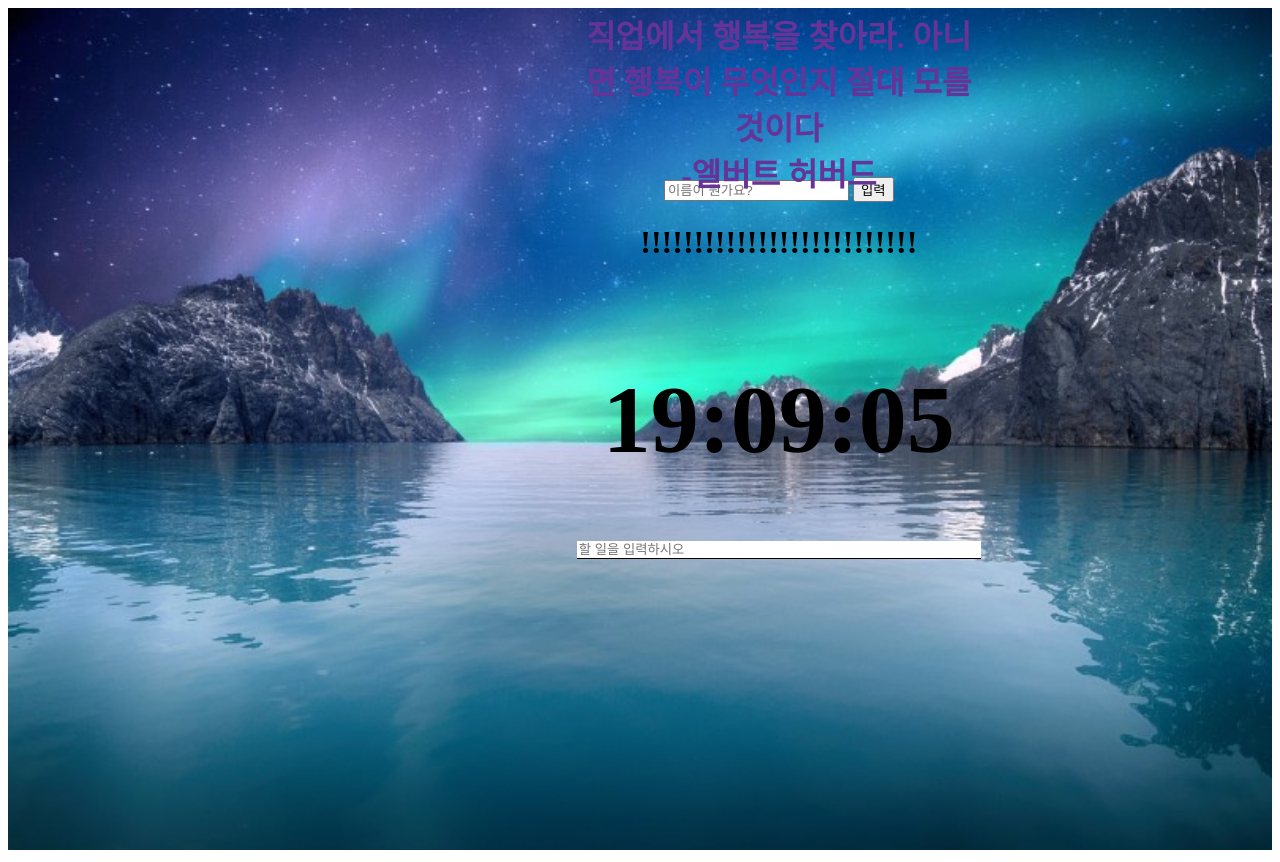
Repository: jun01270/F-E-practice
Page: index.html
These files come from the project's save history. The page is drawn as it stood at one moment and after the next save; the edit follows.
The browser window is 1280 px wide. The pictures show the whole page.

Above is the page before, as saved 2023-01-10 19:14:36.

### index.html
<!DOCTYPE html>
<html lang="en">
  <head>
    <meta charset="UTF-8" />
    <meta http-equiv="X-UA-Compatible" content="IE=edge" />
    <meta name="viewport" content="width=device-width, initial-scale=1.0" />
    <link rel="stylesheet" href="/css/style.css" />
    <title>Document</title>
  </head>
  <body>
    <div id="all">
      <form id="userName-form" class="hidden">
        <input required type="text" placeholder="이름이 뭔가요?" />
        <input type="submit" value="입력" />
        <h1 class="result">!!!!!!!!!!!!!!!!!!!!!!!!!!</h1>
      </form>
      <br />
      <h1 id="clock">00:00:00</h1>
      <form id="todo-form">
        <input id="input-blank" type="text" placeholder="할 일을 입력하시오" />
      </form>
      <ul id="todo-list"></ul>
      <div id="quote">
        <span></span>
        <div></div>
      </div>
    </div>
    <!-- <div>
      <form>
        <input type="submit" class="userName-form" />
      </form>
    </div> -->
    <script src="/js/greeting.js"></script>
    <script src="/js/clock.js"></script>
    <script src="/js/quotes.js"></script>
    <script src="/js/background.js"></script>
    <script src="js/todo.js"></script>
    <script src="/js/weather.js"></script>
  </body>
</html>

### css/style.css
.hidden {
  display: none;
}

#background {
  width: 100%;
  height: 100%;
  padding: 0;
}

body {
  position: relative;
}

#all {
  position: absolute;
  top: 20%;
  left: 45%;
  text-align: center;
}

#clock {
  font-size: 600%;
}

#input-blank {
  width: 400px;
  border-top: none;
  border-left: none;
  border-right: none;
  border-bottom: 1px solid black;
}

#todo-list {
  color: yellow;
}

#quote {
  position: absolute;
  bottom: 380px;
  color: rebeccapurple;
  font-size: xx-large;
  font-weight: bold;
}

#todo-list {
  list-style: none;
}

### js/greeting.js
const userNameBtn = document.querySelector("#userName-form submit");
const userName = document.querySelector("#userName-form input");
const loginForm = document.querySelector("#userName-form");
const firstH1 = document.getElementById("result");
const SavedUserName = localStorage.getItem("username");
const HIDDEN_CLASSNAME = "hidden";

function loginResult(e) {
  e.preventDefault();
  loginForm.classList.add(HIDDEN_CLASSNAME);
  const userName1 = userName.value;
  localStorage.setItem("username", userName1);
  paintUserName();
}

function paintUserName() {
  const userName1 = localStorage.getItem("username");
  firstH1.innerText = `Hello ${userName1}`;
  firstH1.classList.remove(HIDDEN_CLASSNAME);
}

if (SavedUserName === null) {
  loginForm.classList.remove(HIDDEN_CLASSNAME);
  loginForm.addEventListener("submit", loginResult);
} else {
  paintUserName();
}

function deleteUserName() {
  localStorage.removeItem("username");
  location.reload();
}

### js/clock.js
const all = document.querySelector("div#all");
const clock = all.querySelector("h1#clock");

function getClock() {
  const date = new Date();
  let Hours = String(date.getHours()).padStart(2, "0");
  let Minutes = String(date.getMinutes()).padStart(2, "0");
  let Seconds = String(date.getSeconds()).padStart(2, "0");
  // console.log(`${date.getHours()}:${date.getMinutes()}:${date.getSeconds()}`);
  clock.innerText = `${Hours}:${Minutes}:${Seconds}`;
}

getClock();
setInterval(getClock, 1000);

### js/quotes.js
const quotes = [
  {
    quote: "삶이 있는 한 희망은 있다",
    author: "-키케로",
  },
  {
    quote: "산다는것 그것은 치열한 전투이다.",
    author: "-로망로랑",
  },
  {
    quote: "하루에 3시간을 걸으면 7년 후에 지구를 한바퀴 돌 수 있다. ",
    author: "-사무엘존슨",
  },
  {
    quote: "언제나 현재에 집중할수 있다면 행복할것이다. ",
    author: "-파울로 코엘료",
  },
  {
    quote:
      "진정으로 웃으려면 고통을 참아야하며 , 나아가 고통을 즐길 줄 알아야 해 ",
    author: "-찰리 채플린",
  },
  {
    quote: "직업에서 행복을 찾아라. 아니면 행복이 무엇인지 절대 모를 것이다 ",
    author: "-엘버트 허버드",
  },
  {
    quote: "신은 용기있는자를 결코 버리지 않는다 ",
    author: "-켄러",
  },
  {
    quote:
      "행복의 문이 하나 닫히면 다른 문이 열린다 그러나 우리는 종종 닫힌 문을 멍하니 바라보다가 우리를 향해 열린 문을 보지 못하게 된다 ",
    author: "–헬렌켈러",
  },
  {
    quote: "피할수 없으면 즐겨라 ",
    author: "–로버트 엘리엇",
  },
];
const quoteCount = quotes.length;
const quote = document.querySelector("#quote span");
const author = document.querySelector("#quote div");

function showQuote() {
  const todaysQuote = quotes[Math.floor(Math.random() * quoteCount)];
  quote.innerText = todaysQuote.quote;
  author.innerText = todaysQuote.author;
}

showQuote();
setInterval(showQuote, 5000);

### js/background.js
const images = ["moon.jpg", "river.jpg", "orora.jpg"];
const chosenImage = images[Math.floor(Math.random() * images.length)];
const bgImage = document.createElement("img");
const content = document.getElementById("wrapper");
bgImage.id = "background";

bgImage.src = `img/${chosenImage}`;

document.body.appendChild(bgImage);
// bgImage.appendChild(content);

console.log(content);

### js/todo.js
const toDoForm = document.getElementById("todo-form");
const toDoInput = document.querySelector("#todo-form input");
const toDoLists = document.getElementById("todo-list");
const toDoId = document.querySelector("ul#todo-list li");
const TODOS_KEY = "todos";
let toDos = [];

function saveToDoLists() {
  localStorage.setItem(TODOS_KEY, JSON.stringify(toDos));
}

function deleteToDo(e) {
  const toDoList = e.target.parentNode;
  toDoList.remove();
  toDos = toDos.filter((toDo) => toDo.id !== parseInt(toDoList.id));
  saveToDoLists();
}

function paintToDo(newToDoObj) {
  const listOfToDo = document.createElement("li");
  listOfToDo.id = newToDoObj.id;
  const span = document.createElement("span");
  span.innerText = newToDoObj.text;
  const deleteButton = document.createElement("button");
  deleteButton.innerText = "❌";
  deleteButton.addEventListener("click", deleteToDo);
  listOfToDo.appendChild(span);
  listOfToDo.appendChild(deleteButton);
  toDoLists.appendChild(listOfToDo);
}

function handleToDoSubmit(e) {
  e.preventDefault();
  const newToDo = toDoInput.value;
  toDoInput.value = "";
  const newToDoObj = {
    text: newToDo,
    id: toDos.length + 1,
  };
  toDos.push(newToDoObj);
  paintToDo(newToDoObj);
  saveToDoLists();
}

toDoForm.addEventListener("submit", handleToDoSubmit);

const getToDo = localStorage.getItem(TODOS_KEY);
if (getToDo !== null) {
  const parseToDo = JSON.parse(getToDo);
  toDos = parseToDo;
  parseToDo.forEach(paintToDo);
}

### js/weather.js
const API_KEY = "fbf7375beaa21a73574692bdaef4a2e7";

function onGeoSuc(position) {
  const lat = position.coords.latitude;
  const lon = position.coords.longitude;
  console.log("Your position is", lat, lon);
  const url = `https://api.openweathermap.org/geo/1.0/reverse?lat=${lat}&lon=${lon}&limit={limit}&appid=${API_KEY}`;
  console.log(url);
}

function onGeoErr() {
  alert("위치를 찾을 수 없습니다.");
}
navigator.geolocation.getCurrentPosition(onGeoSuc, onGeoErr);

After the next save:
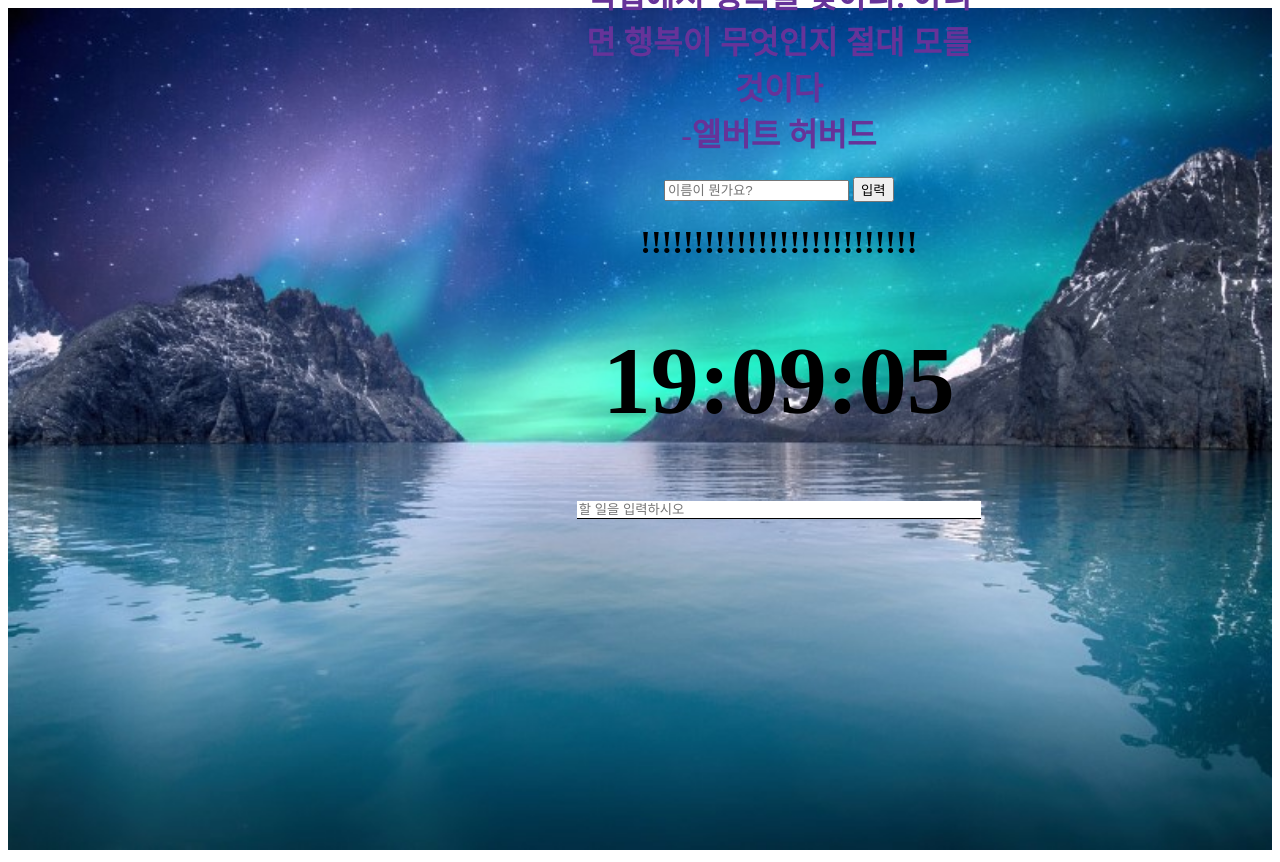
Saved 21 s later.
--- a/index.html
+++ b/index.html
@@ -12,9 +12,9 @@
       <form id="userName-form" class="hidden">
         <input required type="text" placeholder="이름이 뭔가요?" />
         <input type="submit" value="입력" />
-        <h1 class="result">!!!!!!!!!!!!!!!!!!!!!!!!!!</h1>
       </form>
-      <br />
+
+      <h1 class="result">!!!!!!!!!!!!!!!!!!!!!!!!!!</h1>
       <h1 id="clock">00:00:00</h1>
       <form id="todo-form">
         <input id="input-blank" type="text" placeholder="할 일을 입력하시오" />
